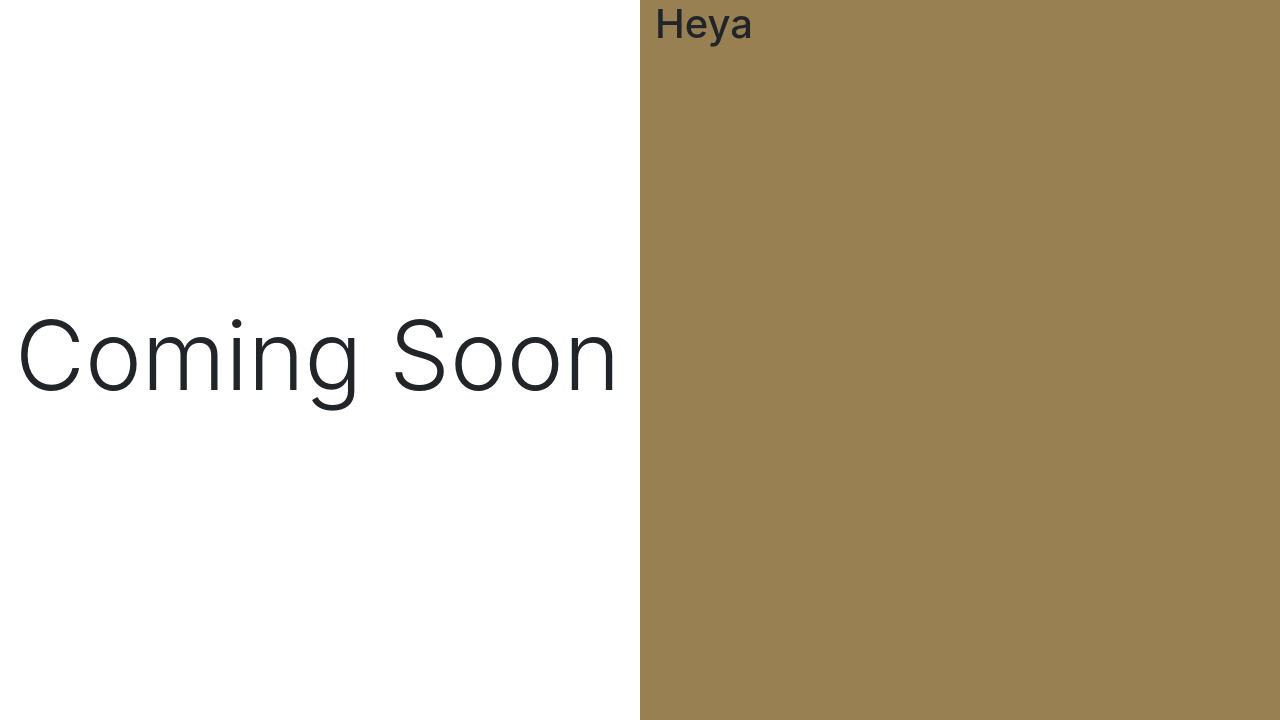
Repository: Thekxgh/website
Page: /
An editor plug-in stored every save of this project. The page is shown before and after the next save, followed by the edit.
The browser window is 1280 px wide. The pictures show the whole page.
The project was rebuilt for these pictures with package versions that can differ from the ones it lists, and the page was loaded fresh each time.

Above is the page before, as saved 2021-07-14 09:35:13.

After the next save:
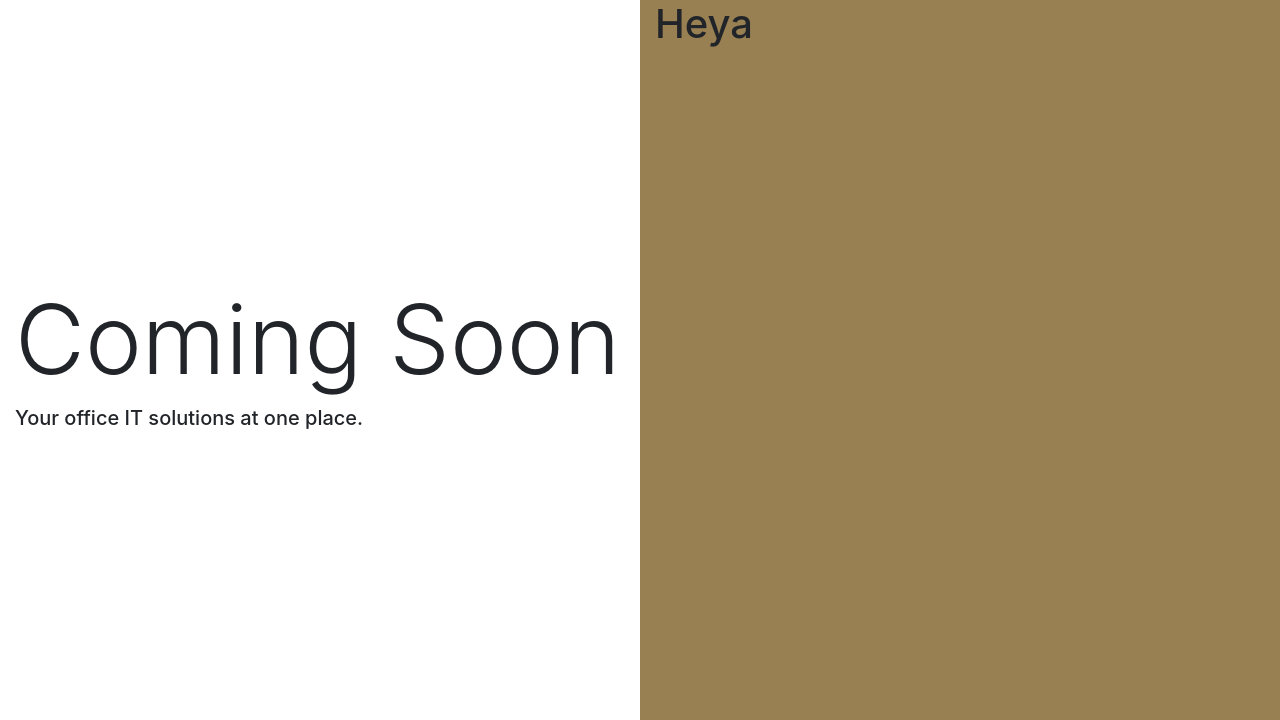
Saved 16 s later.
--- a/src/presentation/LandingPage.tsx
+++ b/src/presentation/LandingPage.tsx
@@ -6,6 +6,7 @@ export const LandingPage = () => {
         <Row className="min-vh-100 align-items-center">
             <Col>
                 <h1 className="display-1">Coming Soon</h1>
+                <h5>Your office IT solutions at one place.</h5>
             </Col>
             <Col className="bg-primary min-vh-100">
                 <h1>Heya</h1>
